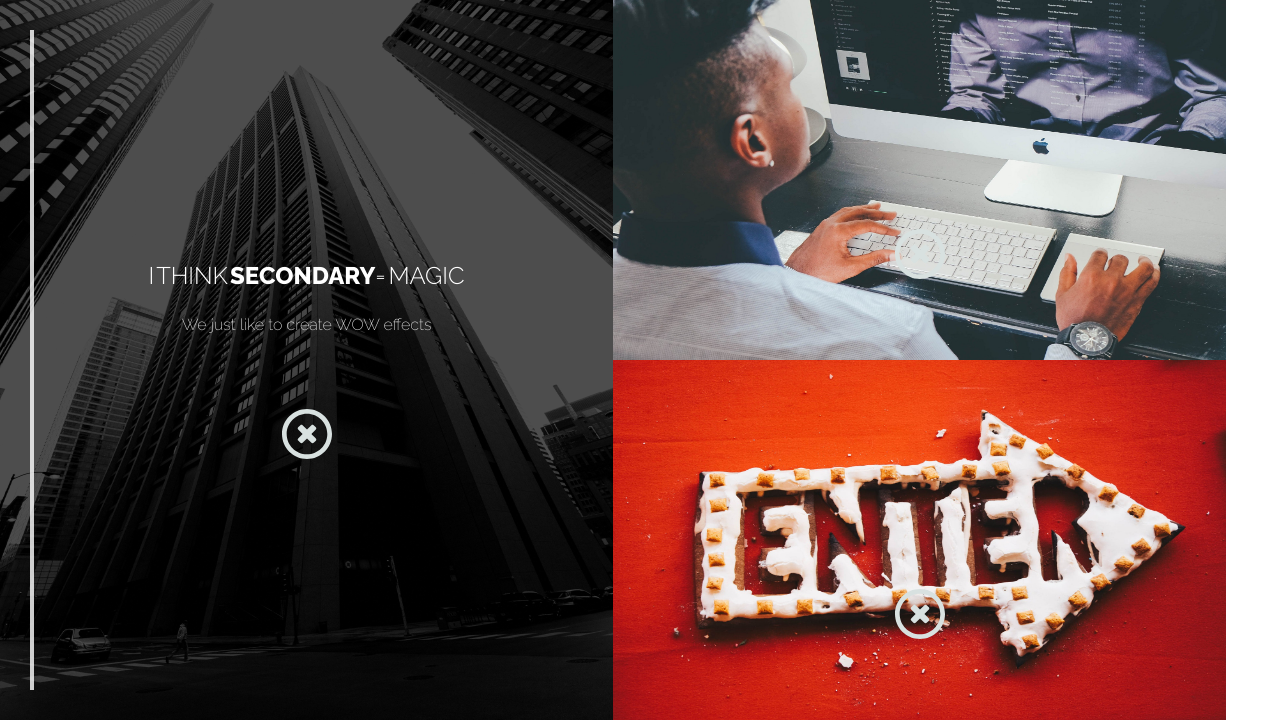
Repository: Rinzlerte/react-reveale-animation
Page: /secondary
These files come from the project's save history. The page is drawn as it stood at one moment and after a run of saves; the edit follows.
The browser window is 1280 px wide. The pictures show the whole page.
The project was rebuilt for these pictures with package versions that can differ from the ones it lists, and the page was loaded fresh each time. Also part of the build but not shown: src/components/home/Promoslider.jsx, src/components/home/Header.jsx, src/components/main/AboutBox.jsx, src/components/main/Wellcome.jsx, src/components/main/InformationBox.jsx, src/components/third/ImmaginationBox.jsx, src/components/third/ProectsBox.jsx, src/components/third/Third.css and 9 more.

Above is the page before, as saved 2019-10-24 15:46:03.

After the next 4 saves:
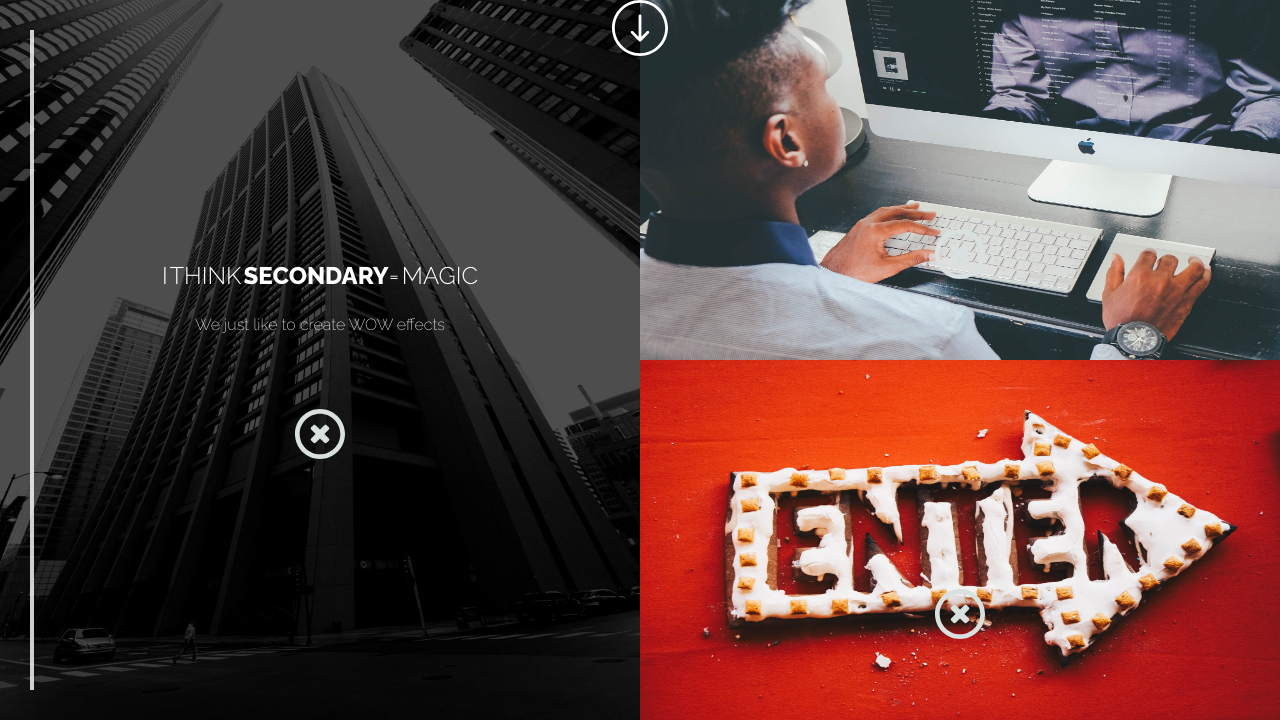
The 4 saves are shown as one change because 3 did not build or start.
The last was saved 5 min 40 s later.
--- a/src/Resources/styles.css
+++ b/src/Resources/styles.css
@@ -74,6 +74,13 @@ code {
 }
 
 
+.arrow-btn{
+  position: absolute;
+  left: 0;
+  right: 0;
+  margin-left: auto;
+  margin-right: auto;
+}
 
 .link{
   display: block;
